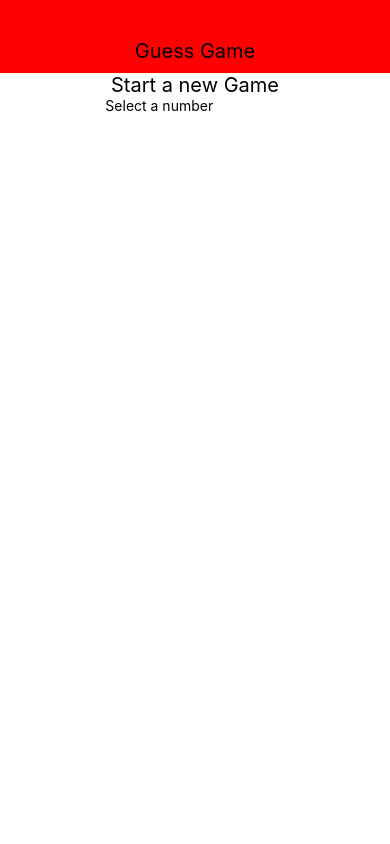
Repository: Celebration-cloud/Guess-number
Screen: /
These files come from the project's save history. The screen is drawn as it stood at one moment and after a run of saves; the edit follows.
The app was drawn by React Native's web renderer in a window 390 px wide. The project was rebuilt for these pictures with package versions that can differ from the ones it lists, and the page was loaded fresh each time.

Above is the screen before, as saved 2024-06-10 12:47:17.

After the next 9 saves:
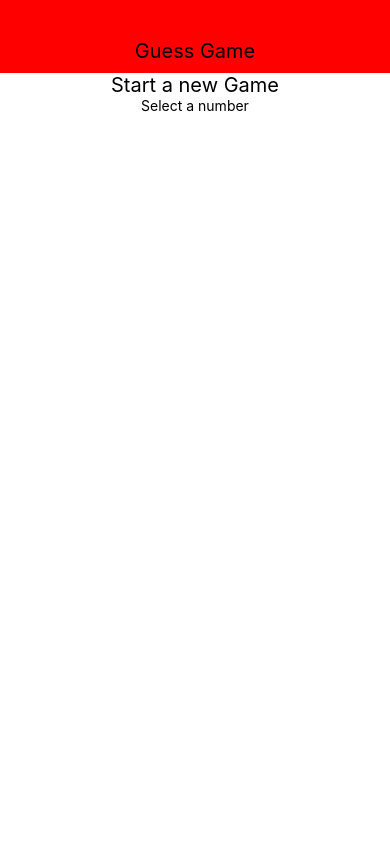
The 9 saves are shown as one change because they came seconds apart.
The last was saved 29 s later.
--- a/components/srceen/StartScreen.jsx
+++ b/components/srceen/StartScreen.jsx
@@ -14,7 +14,8 @@ export default function StartScreen() {
 
 const styles = StyleSheet.create({
     startScreen:{
-        fontSize: 20
+        fontSize: 20,
+        alignItems: "center"
     },
     start: {
         fontSize: 20
